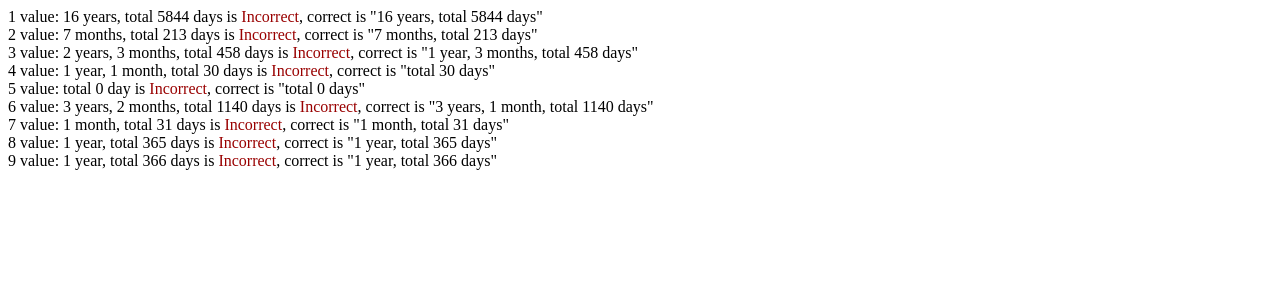
Repository: jamieking1996/tech-assessment-int
Page: index.html
An editor plug-in stored every save of this project. The page is shown before and after the next save, followed by the edit.
The browser window is 1280 px wide. The pictures show the whole page.

Above is the page before, as saved 2021-08-10 16:55:08.

After the next save:
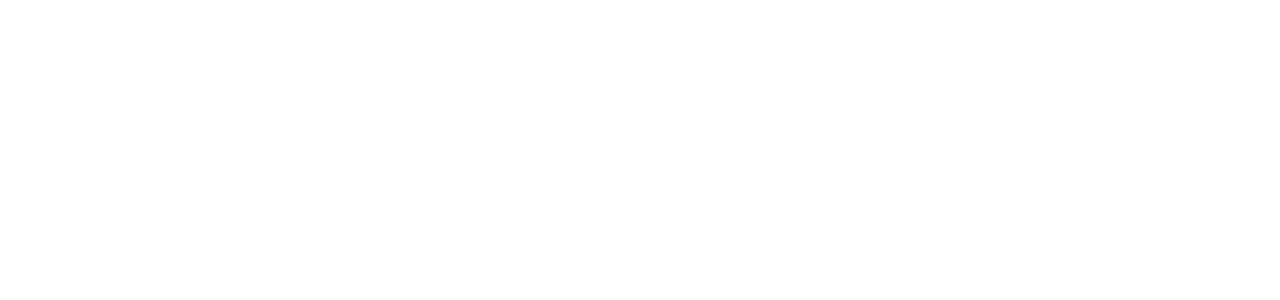
Console error (its wording comes from the project's code and is left out).
Saved 12 s later.
--- a/output.js
+++ b/output.js
@@ -17,6 +17,7 @@
     if(value != correctAnswers[oneDate]) {
         console.log('value', value);
         console.log('correctAnswer', correctAnswers[oneDate]);
+        throw Error('');
     }
 
     const answer = (value === correctAnswers[oneDate] ? '<span style="color: #090">Correct</span>' : `<span style="color: #900">Incorrect</span>, correct is "${correctAnswers[oneDate]}"`);

After the 2 saves that followed:
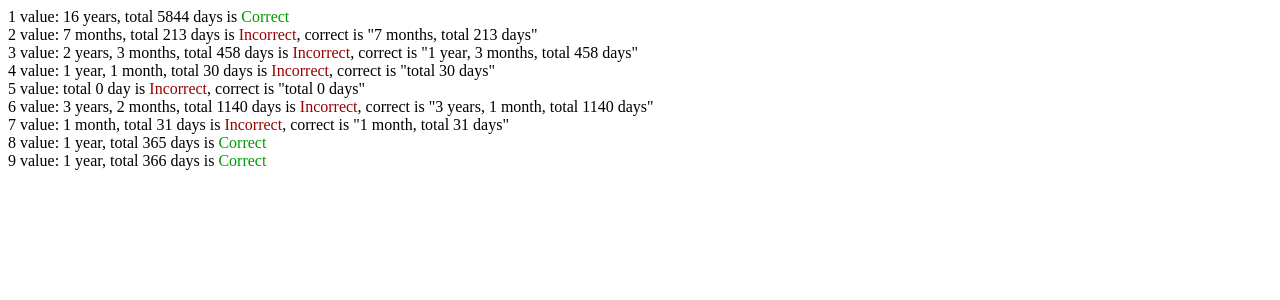
The error is gone.
The 2 saves are shown as one change because 1 left the picture as it was.
The last was saved 106 s later.
--- a/main.js
+++ b/main.js
@@ -37,7 +37,7 @@
   if (!isBeforeDateBeforeAfterDate(d1, d2)) {
     return new Error('First date is after second date.');
   }
-  return `${yearDiff(d1, d2)} ${monthDifference(d1, d2)} ${totalDayDiff(d1, d2)}`;
+  return `${yearDiff(d1, d2)}${monthDifference(d1, d2)}${totalDayDiff(d1, d2)}`;
 }
 
 function convertDateToCorrectFormat(date) {
@@ -47,7 +47,7 @@
 
 function monthDifference(beforeDate, afterDate) {
   const months = getNumberedMonthDifference(beforeDate, afterDate);
-  return months <= 0 ? '' : `${months} ${pluralise(months, 'month')},`;
+  return months <= 0 ? '' : ` ${months} ${pluralise(months, 'month')},`;
 }
 
 function getNumberedMonthDifference(beforeDate, afterDate) {
@@ -63,7 +63,7 @@
   const days = Math.floor(
     differenceBetweenDatesInMiliSec / dayInMilliSeconds
   );
-  return `total ${days} ${pluralise(days, 'day')}`;
+  return ` total ${days} ${pluralise(days, 'day')}`;
 }
 
 function yearDiff(d1, d2) {
--- a/output.js
+++ b/output.js
@@ -14,11 +14,6 @@
 for (let oneDate in dates) {
     const value = outputDate(dates[oneDate]);
     const num = parseInt(oneDate) + 1;
-    if(value != correctAnswers[oneDate]) {
-        console.log('value', value);
-        console.log('correctAnswer', correctAnswers[oneDate]);
-        throw Error('');
-    }
 
     const answer = (value === correctAnswers[oneDate] ? '<span style="color: #090">Correct</span>' : `<span style="color: #900">Incorrect</span>, correct is "${correctAnswers[oneDate]}"`);
 
